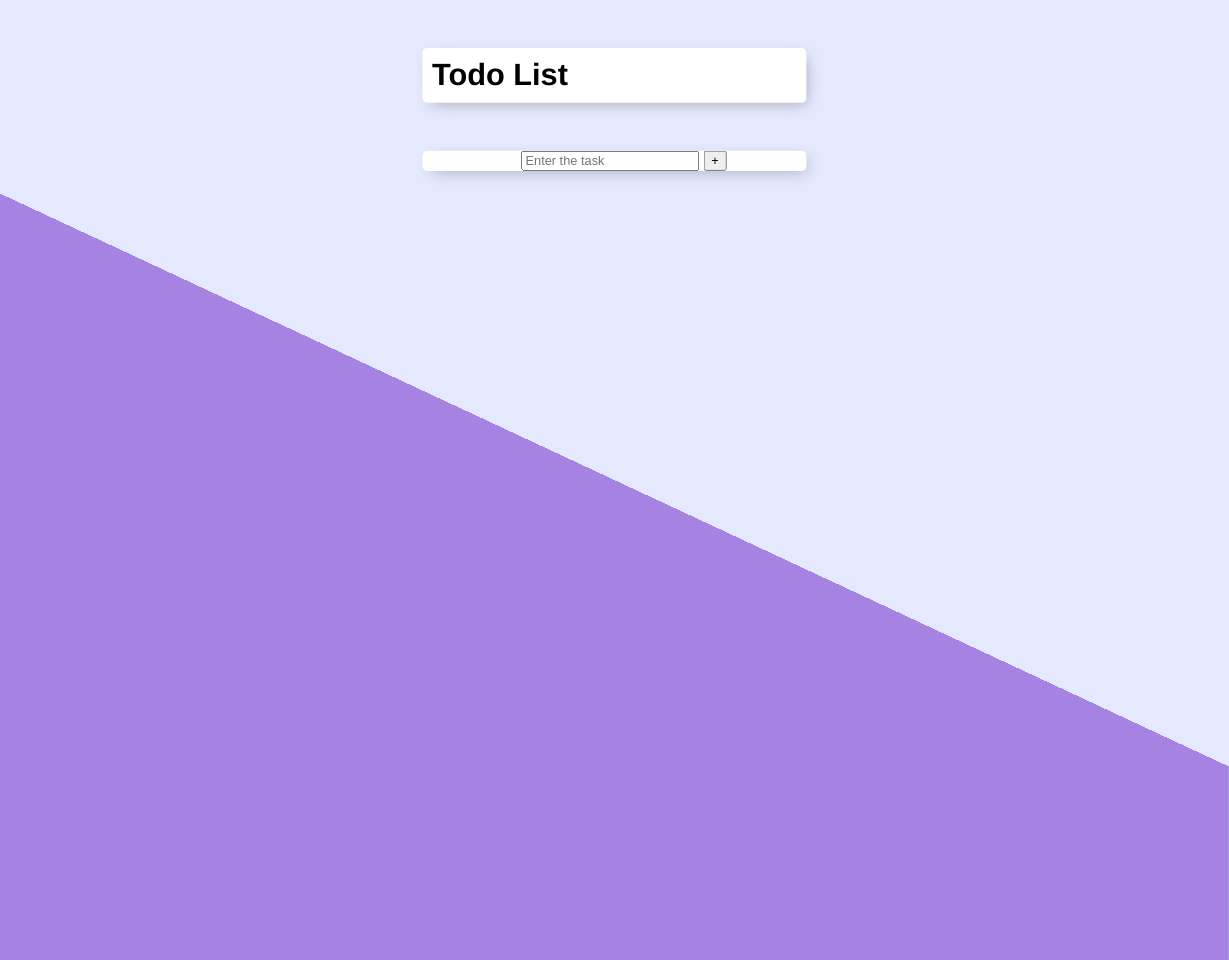
Repository: rupeshkofficial/Todo-List-Ver2
Page: http://localhost/
The author's editor kept a copy of each file at every save. The page is drawn from the files as they stood at one save, then again after a run of saves.
The browser window is 1280 px wide. The pictures show the whole page, at 96% of full size.
The page is served by the project's Node server (app.js).

Above is the page before, as saved 2023-02-23 16:17:41.

### views/list.ejs
<!DOCTYPE html>
<html>

<head>
    <title> Todo List</title>
    <link rel="stylesheet" href="css/style.css">
</head>

<body>
    <div class="box">
        <h1>Todo List</h1>
    </div>
    <div class="box">

        <% for( var i=0; i < ejes.length; i++){ %>
            <div class="item">
                <input type="checkbox">
                <p>
                    <%= ejes[i] %>
                </p>
            </div>


            <% } %>

                <form action="/" , method="POST">
                    <input type="text" name="ele1" placeholder="Enter the task">
                    <button type="submit">+</button>

                </form>
    </div>
</body>

</html>

### app.js
const express = require("express");
const bodyParser = require("body-parser");

var app = express();
app.set("view engine", "ejs");
app.use(express.static('public'));
app.use(express.urlencoded({ extended: true }));
var items = [];

var example = "working";
app.get("/", function (req, res) {
    res.render("list", { ejes: items });
});

app.post("/", function (req, res) {
    var item  = req.body.ele1;
    items.push(item);
    res.redirect("/");

    // console.log(req.body.ele1);
});

app.listen(8000, function () {
    console.log("Server started");
});

### public/css/style.css
html{
    background-color: #E4E9FD;
    background-image: -webkit-linear-gradient(65deg, #A683E3 50%, #E4E9FD 50%);
    min-height: 1000px;
    font-family: 'helvetica neue';
}

h1{
    color: #000;
    padding: 10px;
}

.box{
    max-width: 400px;
    margin: 50px auto;
    background: white;
    border-radius: 5px;
    box-shadow: 5px 5px 15px -5px rgba(0,0,0,0.3);
}

#heading{
    background-color: #A683E3;
    text-align: center;
}

.item{
    min-height: 70px;
    display: flex;
    align-items: center;
    border-bottom: 1px solid #F1F1F1;
}

.item:last-child{
    border-bottom:0;
}

input:checked+p{
    text-decoration: line-through;
    text-decoration-color: #A683E3;
}

input[type="checkbox"]{
    margin: 20px;
}

p{
    margin:0;
    padding: 20px;
    font-size: 20px;
    font-weight: 200;
    color:#00204a;

}

form{
    text-align: center;
    margin-left: 20px;
}

After the next 9 saves:
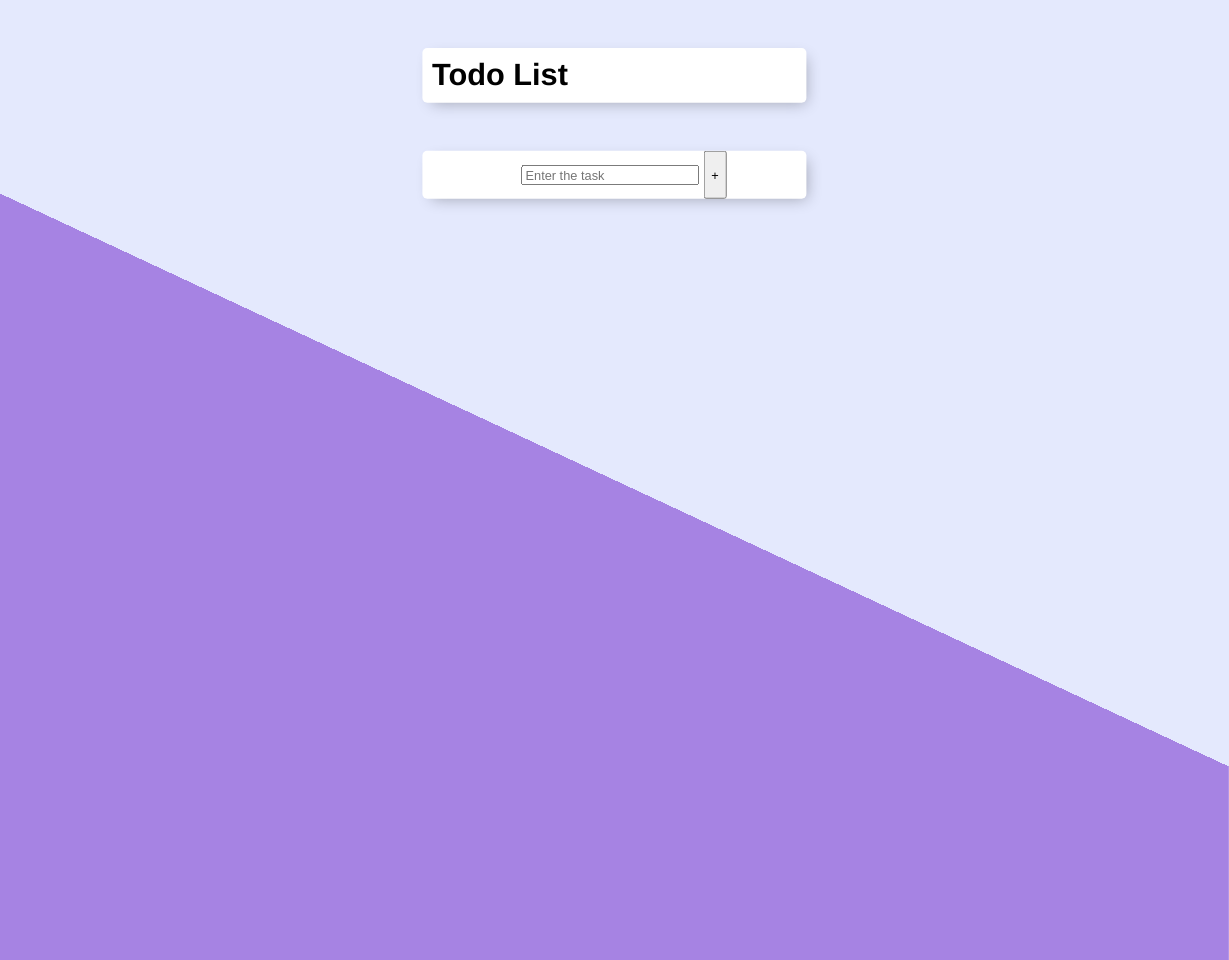
The 9 saves are shown as one change because they came seconds apart.
The last was saved 28 s later.
--- a/public/css/style.css
+++ b/public/css/style.css
@@ -56,3 +56,8 @@ form{
     text-align: center;
     margin-left: 20px;
 }
+
+button{
+    min-height: 50px;
+    width: ;
+}
